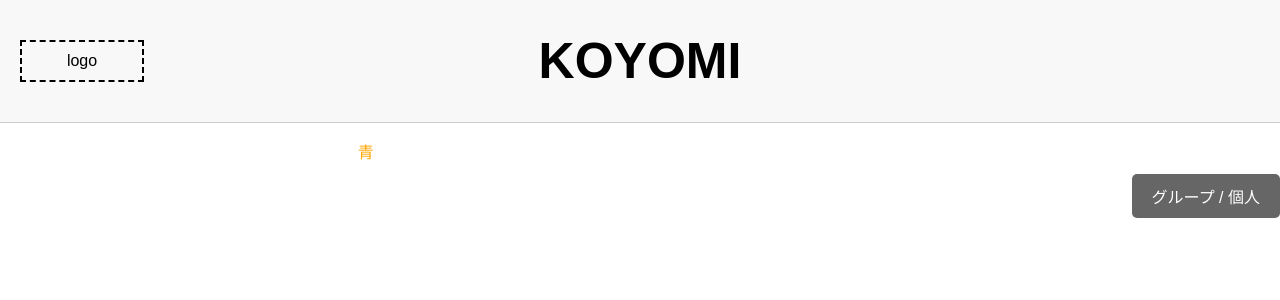
Repository: teramu0602/koyomi
Page: http://localhost/grouplist
These files come from the project's save history. The page is drawn as it stood at one moment and after the next save; the edit follows.
The browser window is 1280 px wide. The pictures show the whole page.
Some web fonts or font styles are not loaded; a fallback is used. The page is served by the project's Laravel application, run on PHP 8.4 with Laravel 9. Other server files are loaded and not shown. Style sheets and scripts are compiled from the project's sources, by tool versions that may differ from the author's.

Above is the page before, as saved 2025-02-22 09:44:38.

### routes/web.php
<?php

use Illuminate\Support\Facades\Route;
use App\Http\Controllers\CalendarController;
use App\Http\Controllers\PostController;
use App\Http\Controllers\Auth\LoginController;



/*
|--------------------------------------------------------------------------
| Web Routes
|--------------------------------------------------------------------------
|
| Here is where you can register web routes for your application. These
| routes are loaded by the RouteServiceProvider within a group which
| contains the "web" middleware group. Now create something great!
|
*/

Route::get('/', function () {
    return view('welcome');
});

Route::get('/admin', function () {
    return view('layouts/admin');
});

Route::get('/admin/home', function () {
    return view('calender/home');
});

Route::get('/custom-login', [LoginController::class, 'showLoginForm'])->name('custom.login');
Route::post('/custom-login', [LoginController::class, 'login'])->name('custom.login.submit');
Route::get('/custom-login', function () {
    return view('admin/login');
});

Route::get('/signup', function () {
    return view('admin/signup');
});
Auth::routes();

Route::get('/home', [App\Http\Controllers\HomeController::class, 'index'])->name('home');



Route::get('/calendar', function () {
    return view('calender/calendar');
})->name('calendar');

Route::get('/calendar/{year}/{month}', [CalendarController::class, 'show'])->name('calendar.show');
Route::get('/admin/home/{year}/{month}', [CalendarController::class, 'showAdmin'])->name('calendar.admin.show');

Route::get('/admin/home', [CalendarController::class, 'index']);

Route::get('/grouplist', function () {
    return view('admin/group_list');
});

### resources/views/admin/group_list.blade.php
@extends('layouts.admin_calender')
<head>
<link href="{{ asset('css/common.admin.css') }}" rel="stylesheet">
</head>

@section('content')
<div class = "container">
<button class="switch_button" onclick="toggleMode()">グループ / 個人</button>
</div>
<p class = "purple">青</p>
@endsection

### resources/views/layouts/admin_calender.blade.php
<!DOCTYPE html>
<html lang="{{ app()->getLocale() }}">
    <head>
        <meta charset="utf-8">
        <meta http-equiv="X-UA-Compatible" content="IE=edge">
        <meta name="viewport" content="width=device-width, initial-scale=1">
        <meta name="csrf-token" content="{{ csrf_token() }}">

        <title>@yield('title')</title>

        <script src="{{ asset('js/app.js') }}" defer></script>

        <link rel="dns-prefetch" href="https://fonts.gstatic.com">
        <link href="https://fonts.googleapis.com/css?family=Raleway:300,400,600" rel="stylesheet" type="text/css">

        <link href="{{ asset('css/admin.css') }}" rel="stylesheet">


    </head>

   <header>
        <div class="logo">logo</div>
        <h1 class="service-name">KOYOMI</h1>
        @yield('drop_menu')
    </header>

    <main>
    @yield('content')
    </main>
    <body>
    </body>

</html>

### public/css/common.admin.css
html, body {
    width: 100%;
    margin: 0; /* 不要なマージンを削除 */
    padding: 0; /* 不要なパディングを削除 */
}

.button {
    color: red;
    background-color: aquamarine;
    margin: 0;
    width: 100%;
}
.purple {
    color: orange;
}

.switch_button{
    display: flex ;
    justify-content: flex-end ;
    float: right;

}
.container {

}

### resources/sass/admin.scss
@charset "UTF-8";
body {
  font-family: Arial, sans-serif;
  text-align: center;
  margin: 0;
  padding: 0;
}

header {
  display: flex;
  justify-content: center;
  align-items: center;
  width: 100%;

  padding: 40px 0px 40px 0px;
  background-color: #f8f8f8;
  border-bottom: 1px solid #ccc;
}

.logo {
  border: 2px dashed black;
  padding: 10px;
  width: 100px;
  text-align: center;
  margin-right: auto;
  margin-left: 20px;
}

.service-name {
  font-size: 50px;
  position: absolute; /* ページ全体に対して中央配置 */
  left: 50%;
  transform: translateX(-50%); /* 画面の中央に配置 */
  text-align: center; /* 中央揃え */
}

main {
  margin-top: 0px;
  background: linear-gradient(to bottom, orange 0%, white 0%);
}

h2 {
  font-size: 22px;
  margin-bottom: 50px;
}

form {
  display: flex;
  flex-direction: column;
  align-items: center;
  gap: 10px;
}

label {
  font-weight: bold;
}

input {
  width: 300px;
  padding: 8px;
  border: 1px solid #ccc;
  border-radius: 4px;
}

button {
  background-color: #666;
  color: white;
  padding: 10px 20px;
  border: none;
  border-radius: 5px;
  cursor: pointer;
  margin-top: 35px;
  font-size: 16px;
}

button:hover {
  background-color: #444;
}

.login-link {
  margin-top: 40px;
  font-size: 14px;
  color: #555;
}

.checkbox {
  margin: 30px;
  display: flex; /* 横並びにする */
  align-items: center;
  margin-right: 170px;
}

.checkbox input[type=checkbox] {
  margin-right: 10px; /* チェックボックスとテキストの間隔 */
}

.remember {
  font-size: 14px;
}

input#remember {
  width: 10px; /* 幅を300pxに設定 */
  height: 20px; /* 高さを13pxに設定 */
}

.checkbox label {
  font-weight: normal;
}

table {
  width: 100%;
  border-collapse: collapse;
}

td {
  border: 1px solid grey;
  text-align: left; /* 左揃え */
  vertical-align: top; /* 上揃え */

  padding: 0px 0px 150px 0px;

}

th {
  background: white;
  text-align: center;
  padding: 10px;
}

.sunday {
  background: pink;
  color: red;
}

.red {
  color: red;
}

.saturday {
  background: pink;
  color: blue;
}

.blue{
  color: blue;
}

.next-month {
  background: #ccc;
  color: #666;
}

.month_toggle {
  text-decoration: none;
  color: black;
}

.nav-item {
  list-style: none;
  margin-right: 20px;
}

.pink {
  color: pink;
  background-color: purple;
}
.prev-month, .next-month {
  background: #ccc;
  color: #666;
}

.switch {
  background-color: orange;
  padding: 0px 0px 35px 0px;
  font-size: 20px;
}

.who {
  background-color: palegoldenrod;
  font-size: 20px;
  margin-right: 400px;
}

.switch_button{
  margin-left: 400px;
}

table {
  width: 80%; /* テーブルの幅を90%に設定 */
  margin-left: auto; /* 左側の空白 */
  margin-right: auto; /* 右側の空白 */
  margin-bottom: 50px;
}

Loaded but not shown: app/Http/Controllers/Auth/ConfirmPasswordController.php (common file); app/Http/Controllers/Controller.php (common file)

After the next save:
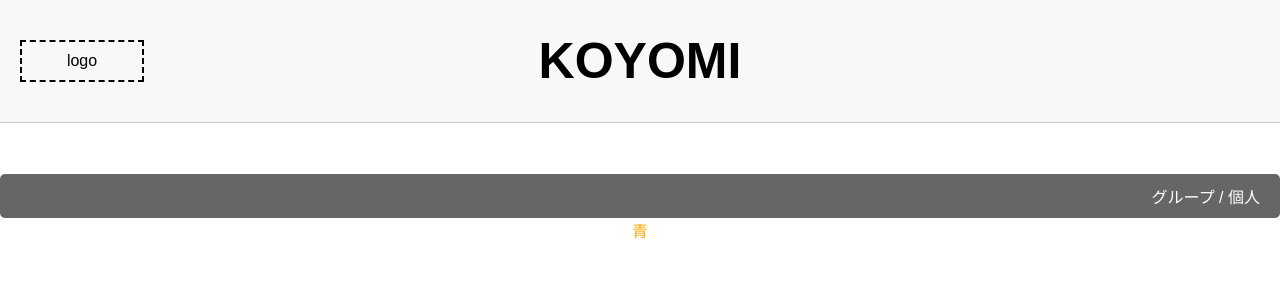
Saved 82 s later.
--- a/public/css/common.admin.css
+++ b/public/css/common.admin.css
@@ -4,7 +4,17 @@
     padding: 0; /* 不要なパディングを削除 */
 }
 
-.button {
+button {
+    background-color: #666;
+    color: white;
+    padding: 10px 20px;
+    border: none;
+    border-radius: 5px;
+    cursor: pointer;
+    margin-top: 35px;
+    font-size: 16px;
+  }
+button {
     color: red;
     background-color: aquamarine;
     margin: 0;

After the save that followed:
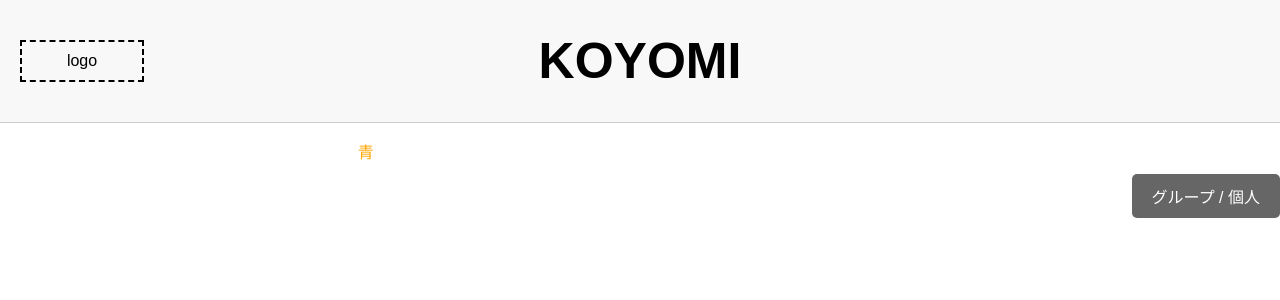
Saved 15 s later.
--- a/public/css/common.admin.css
+++ b/public/css/common.admin.css
@@ -18,7 +18,7 @@
     color: red;
     background-color: aquamarine;
     margin: 0;
-    width: 100%;
+
 }
 .purple {
     color: orange;
